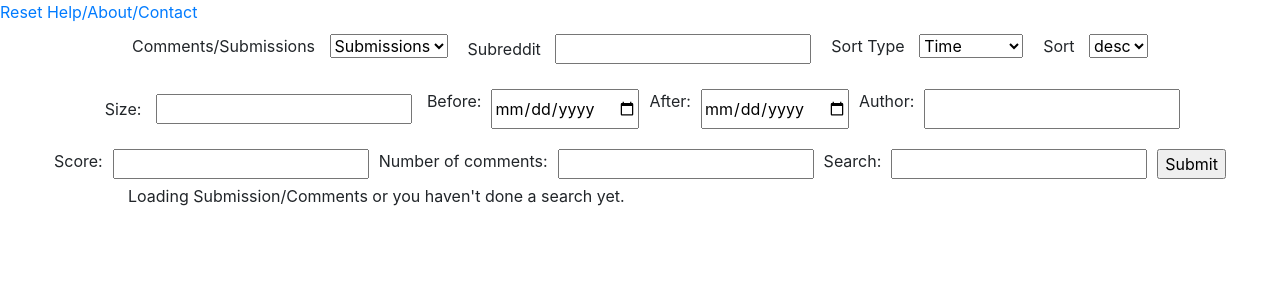
Repository: ihsoyCT/ctarchive
Page: dist/index.html
The author's editor kept a copy of each file at every save. The page is drawn from the files as they stood at one save, then again after the next save.
The browser window is 1280 px wide. The pictures show the whole page.

Above is the page before, as saved 2022-05-03 17:21:24.

After the next save:
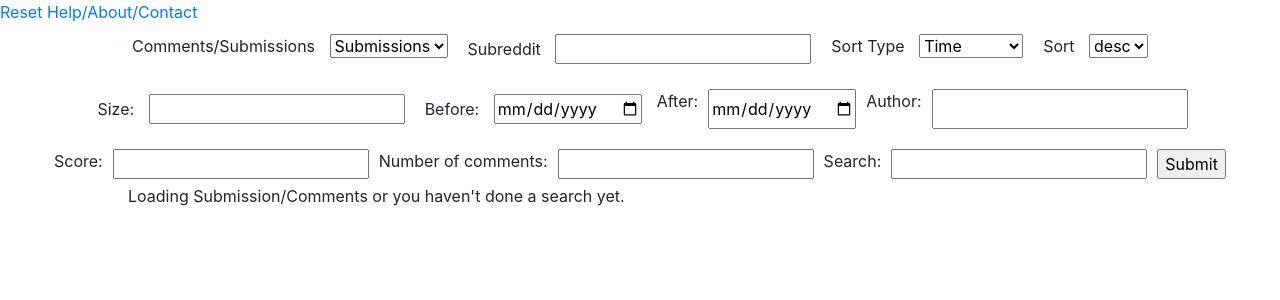
Saved 21 s later.
--- a/dist/index.html
+++ b/dist/index.html
@@ -150,8 +150,10 @@
             <span class="label">Size:</span>
             <input type="text" name="size" id="size" />
           </label>
-          <label for="before">Before:</label>
-          <input type="date" name="before" id="before" />
+          <label for="before"
+            ><span class="label">Before:</span>
+            <input type="date" name="before" id="before" />
+          </label>
           <label for="after">After:</label>
           <input type="date" name="after" id="after" />
           <label for="author">Author:</label>
